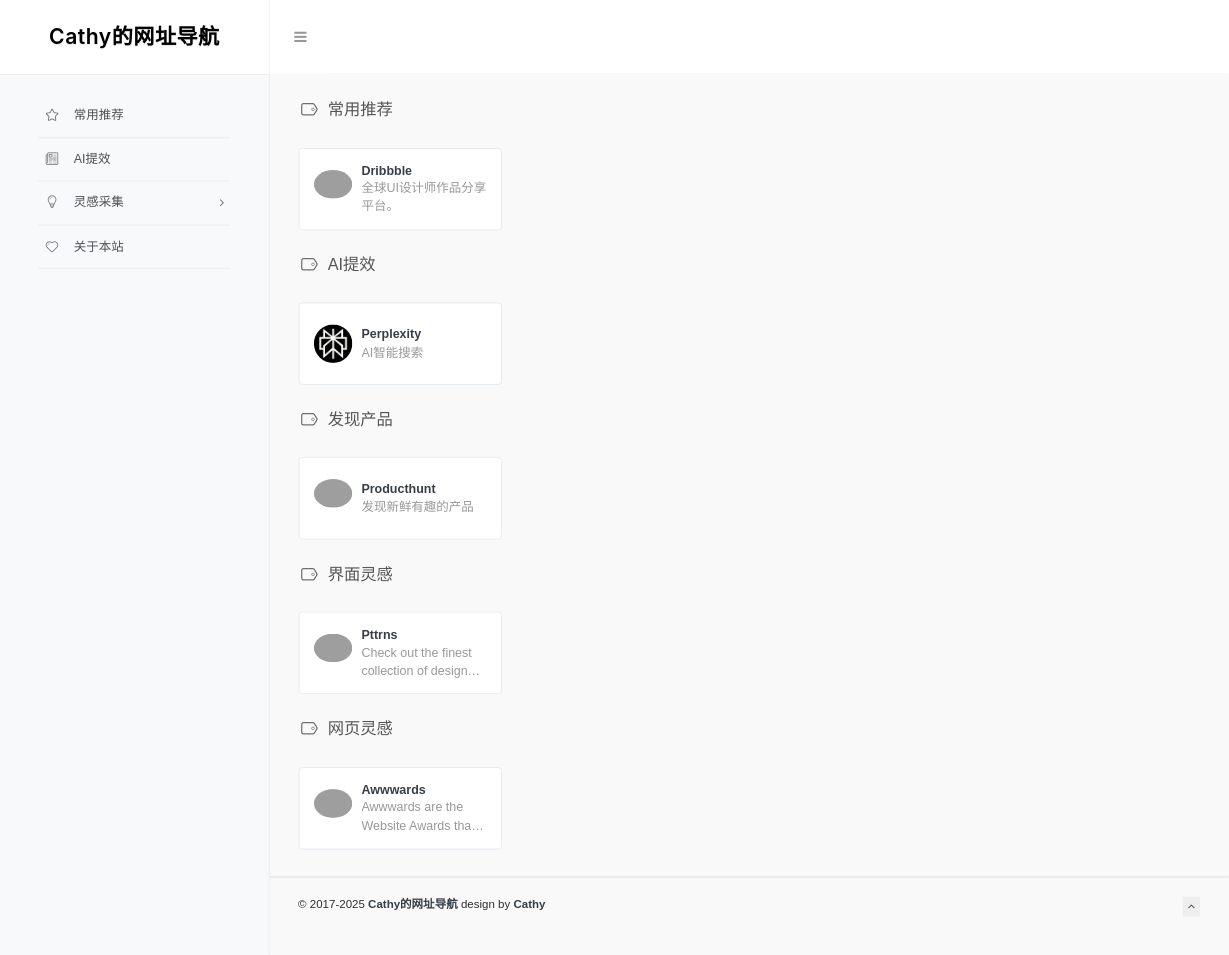
Repository: SweetPomelo0/AINav
Page: cn/index.html
An editor plug-in stored every save of this project. The page is shown before and after the next save, followed by the edit.
The browser window is 1280 px wide. The pictures show the whole page, at 96% of full size.
Pictures or frames that could not be fetched are drawn as grey boxes.

Above is the page before, as saved 2025-07-24 22:39:11.

After the next save:
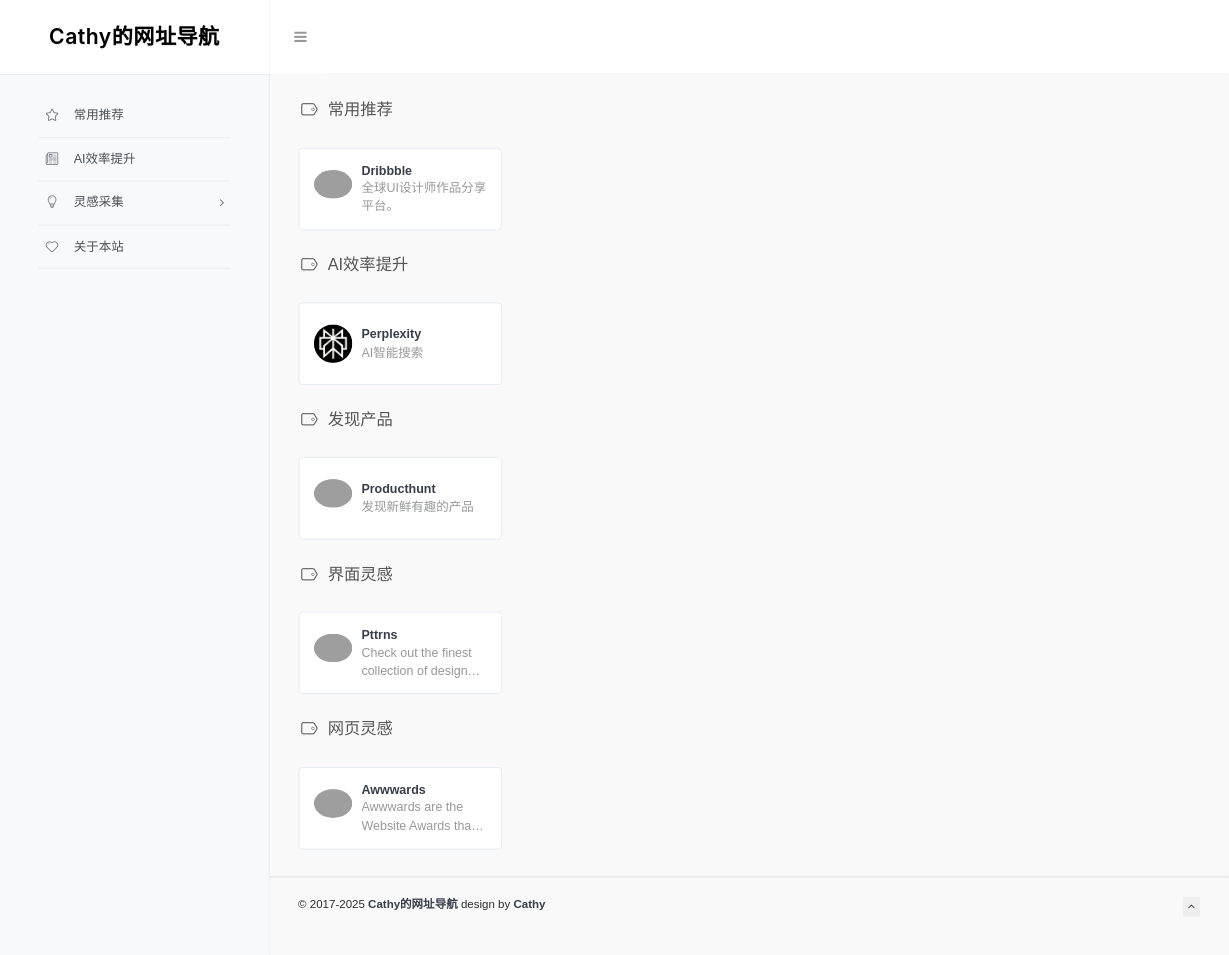
Saved 75 s later.
--- a/cn/index.html
+++ b/cn/index.html
@@ -234,9 +234,9 @@
               </a>
             </li>
             <li>
-              <a href="#AI提效" class="smooth">
+              <a href="#AI效率提升" class="smooth">
                 <i class="linecons-doc"></i>
-                <span class="title">AI提效</span>
+                <span class="title">AI效率提升</span>
               </a>
             </li>
             <li>
@@ -328,10 +328,10 @@
         <br />
         <!-- END 常用推荐 -->
 
-        <!-- AI提效 -->
+        <!-- AI效率提升 -->
         <h4 class="text-gray">
-          <i class="linecons-tag" style="margin-right: 7px" id="AI提效"></i
-          >AI提效
+          <i class="linecons-tag" style="margin-right: 7px" id="AI效率提升"></i
+          >AI效率提升
         </h4>
         <div class="row">
           <div class="col-sm-3">
